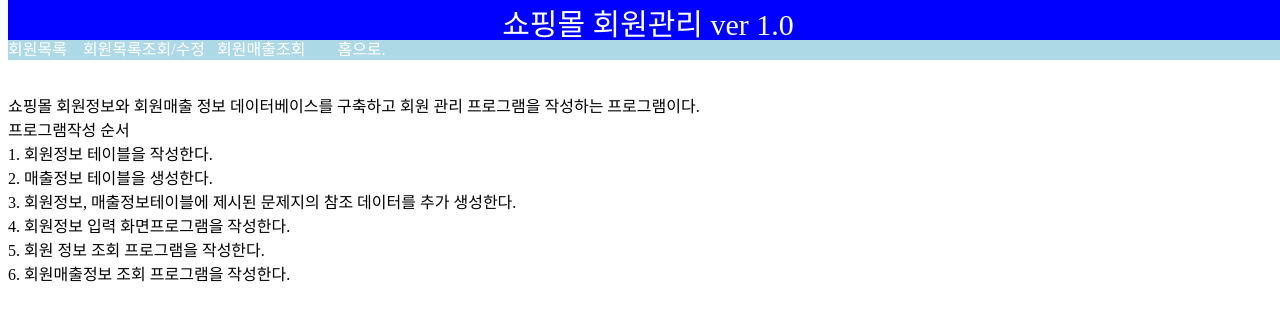
Repository: RnfElwl/youtube_infoT
Page: http://localhost/HRD_30812/
These files come from the project's save history. The page is drawn as it stood at one moment and after the next save; the edit follows.
The browser window is 1280 px wide. The pictures show the whole page.
The page is served by Tomcat 9. Other server files are loaded and not shown.

Above is the page before, as saved 2022-03-10 14:10:19.

### HRD_30812/src/main/webapp/index.jsp
<%@ page language="java" contentType="text/html; charset=UTF-8"
    pageEncoding="UTF-8"%>
<!DOCTYPE html>
<html>
<head>
<meta charset="UTF-8">
<title>index</title>
</head>
<body>
	<header style="position:fixed; top:0px; width:100%; height:40px;
	background-color:blue; color:white;font-size:30px; text-align:center; line-height:40px '"> 쇼핑몰 회원관리 ver 1.0</header>
	<nav style="position:fixed; top:40px; width:100%; height:20px;
	background-color:lightblue; color:white; line-height:20px ">회원목록 &nbsp;&nbsp; 회원목록조회/수정 &nbsp;&nbsp;회원매출조회 &nbsp; &nbsp; &nbsp; &nbsp;홈으로.</nav>
	<section>
	 <h2 style="text-align:center">쇼핑몰 회원관리 프로그램</h2><br>
	 쇼핑몰 회원정보와 회원매출 정보 데이터베이스를 구축하고 회원 관리 프로그램을 작성하는 프로그램이다.<br>
	 프로그램작성 순서<br>
	 1. 회원정보 테이블을 작성한다.<br>
	 2. 매출정보 테이블을 생성한다.<br>
	 3. 회원정보, 매출정보테이블에 제시된 문제지의 참조 데이터를 추가 생성한다.<br>
	 4. 회원정보 입력 화면프로그램을 작성한다.<br>
	 5. 회원 정보 조회 프로그램을 작성한다.<br>
	 6. 회원매출정보 조회 프로그램을 작성한다.<br>
	</section>
</body>
</html>

After the next save:
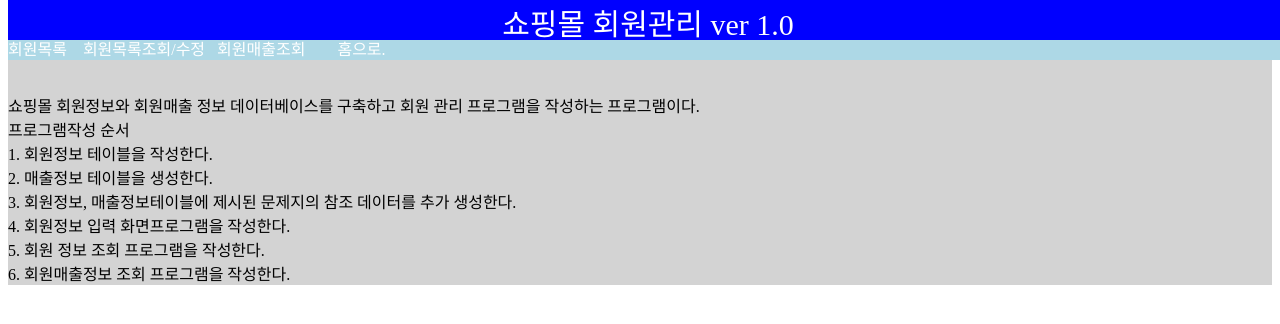
Saved 89 s later.
--- a/HRD_30812/src/main/webapp/index.jsp
+++ b/HRD_30812/src/main/webapp/index.jsp
@@ -11,7 +11,7 @@
 	background-color:blue; color:white;font-size:30px; text-align:center; line-height:40px '"> 쇼핑몰 회원관리 ver 1.0</header>
 	<nav style="position:fixed; top:40px; width:100%; height:20px;
 	background-color:lightblue; color:white; line-height:20px ">회원목록 &nbsp;&nbsp; 회원목록조회/수정 &nbsp;&nbsp;회원매출조회 &nbsp; &nbsp; &nbsp; &nbsp;홈으로.</nav>
-	<section>
+	<section style="position:fixed:top; top:60px; width:100%;height:100%;background-color:lightgray ">
 	 <h2 style="text-align:center">쇼핑몰 회원관리 프로그램</h2><br>
 	 쇼핑몰 회원정보와 회원매출 정보 데이터베이스를 구축하고 회원 관리 프로그램을 작성하는 프로그램이다.<br>
 	 프로그램작성 순서<br>
